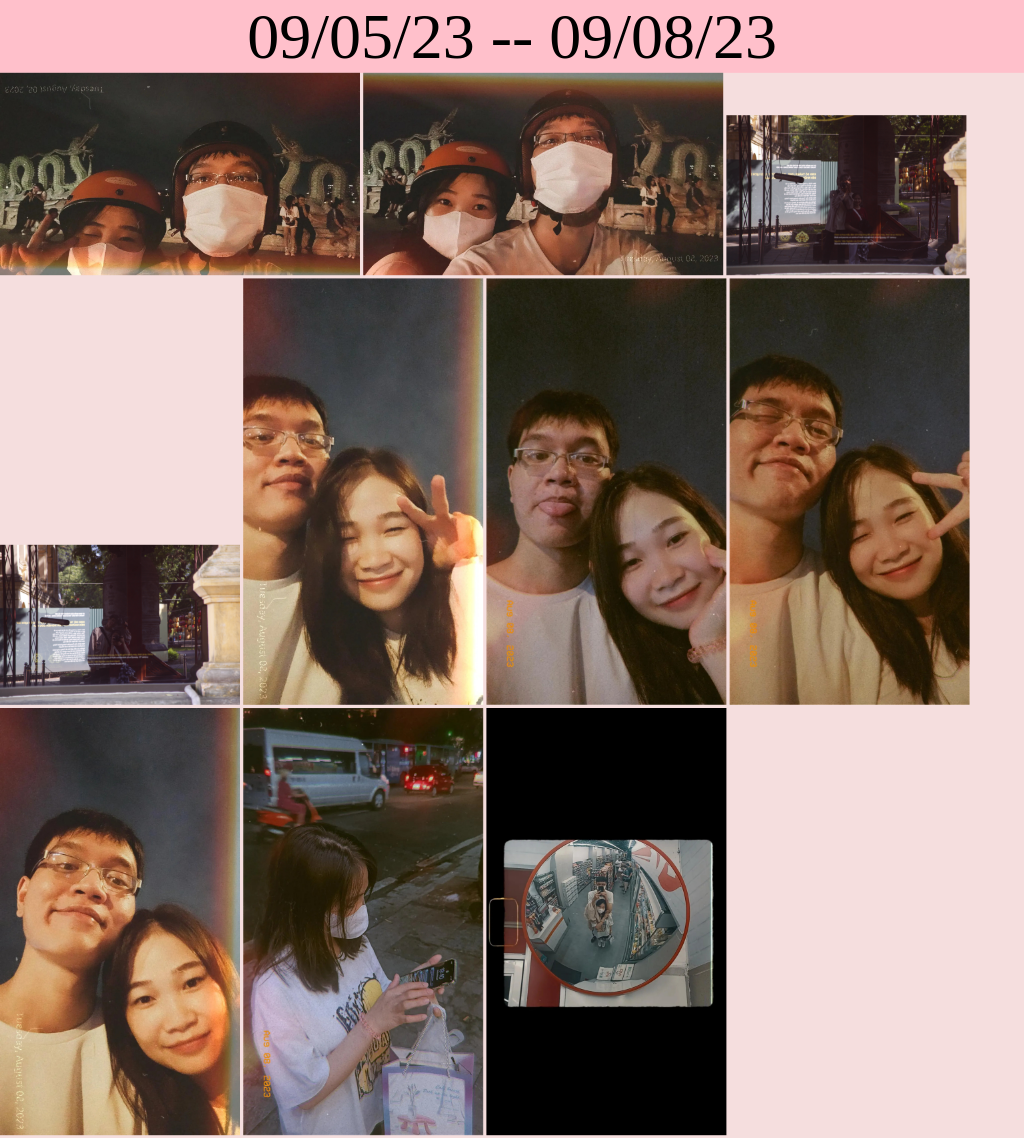
Repository: Hanhanh06/0907
Page: code/0908.html
An editor plug-in stored every save of this project. The page is shown before and after the next save, followed by the edit.
The browser window is 1280 px wide. The pictures show the whole page, at 80% of full size.

Above is the page before, as saved 2023-08-17 17:43:08.

### code/0908.html
<!DOCTYPE html>
<html lang="en">
<head>
    <meta charset="UTF-8">
    <meta name="viewport" content="width=device-width, initial-scale=1.0">
    <title>Document</title>
    <style>

    body{

      height: 100%;

   padding: 0;

   margin: 0;


   background: #f5dede;

 }

    </style>
</head>

        <head>

        </head>
        <body>

        <center> <div style="background-color: pink; font-size: 80px; "> 09/05/23 -- 09/08/23</div></center>

        <img src="001.jpg" alt="Hình ảnh không tồn tại" width="450px" >
       <img src="002.jpg" alt="Hình ảnh không tồn tại" width="450px">

       <img src="014.JPG" alt="Hình ảnh không tồn tại" width="300px" >
       <!-- <p style="color: crimson;font-size: 16px;"> đi Hồ Tây nè! </p> -->
       <img src="012.JPG" alt="Hình ảnh không tồn tại" width="300px">
       <!-- <p style="color: crimson;font-size: 16px;"> đi Hồ Tây nè!</p> -->
       <img src="003.jpg" alt="Hình ảnh không tồn tại" width="300px">
       <!-- <p style="color: crimson;font-size: 16px;">  đi Hồ Tây nè!</p> -->
       <img src="004.jpg" alt="Hình ảnh không tồn tại" width="300px">
       <!-- <p style="color: crimson;font-size: 16px;">  đi Hồ Tây nè! </p> -->
       <img src="005.jpg" alt="Hình ảnh không tồn tại" width="300px">
       <!-- <p style="color: crimson;font-size: 16px;">  đi Hồ Tây nè! </p> -->
       <img src="006.jpg" alt="Hình ảnh không tồn tại" width="300px" >
       <!-- <p style="color: crimson;font-size: 16px;">  đi Hồ Tây nè!</p> -->
       <img src="007.jpg" alt="Hình ảnh không tồn tại" width="300px">
       <!-- <p style="color: crimson;font-size: 16px;">  đi Hồ Tây nè!</p> -->
       <img src="008.jpg" alt="Hình ảnh không tồn tại" width="300px">
       <!-- <p style="color: crimson;font-size: 16px;">  đi Hồ Tây nè!</p> -->

</body>
</html>

After the next save:
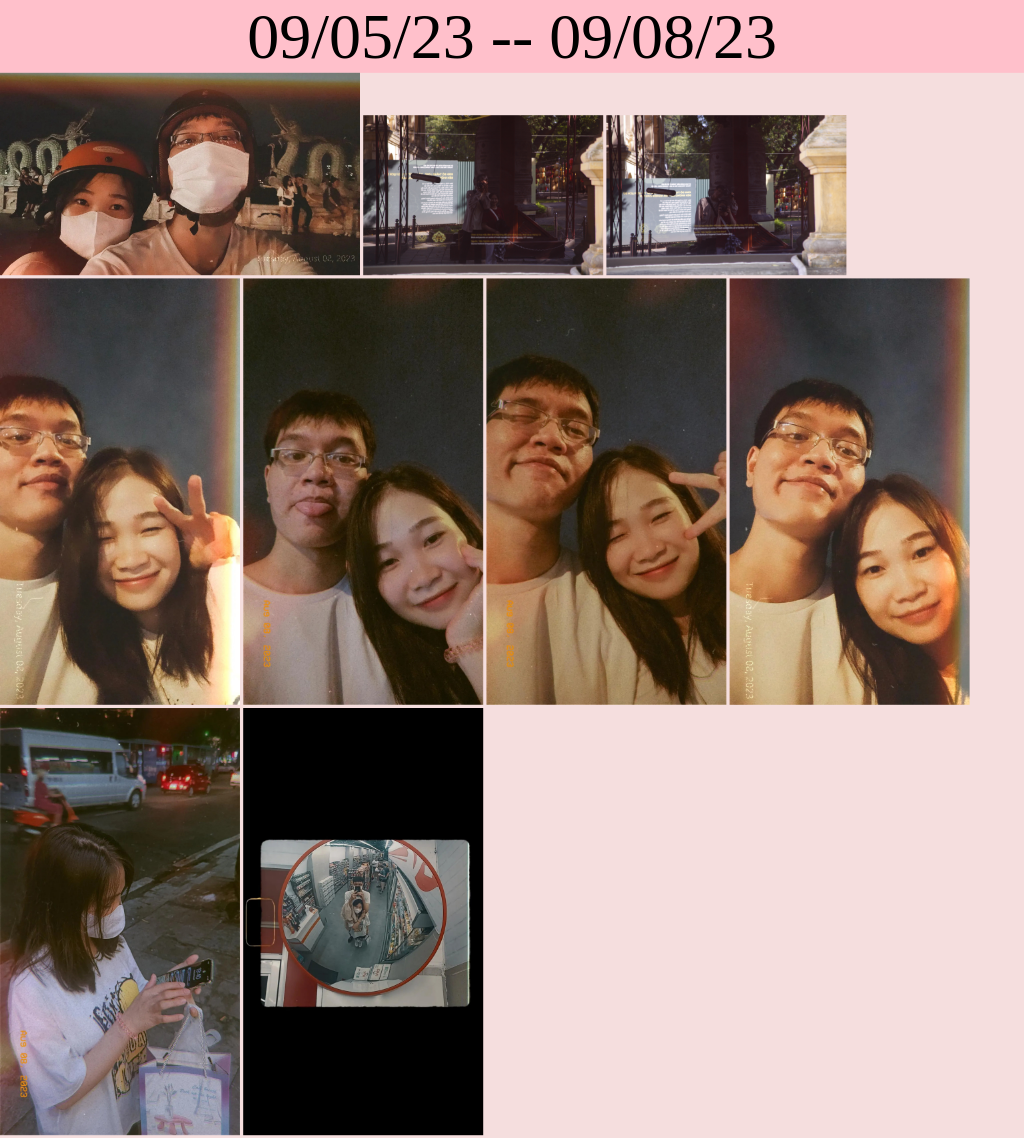
Saved 23 s later.
--- a/code/0908.html
+++ b/code/0908.html
@@ -28,7 +28,7 @@
         <body>
 
         <center> <div style="background-color: pink; font-size: 80px; "> 09/05/23 -- 09/08/23</div></center>
-
+      <cen
         <img src="001.jpg" alt="Hình ảnh không tồn tại" width="450px" >
        <img src="002.jpg" alt="Hình ảnh không tồn tại" width="450px">
 

After the 2 saves that followed:
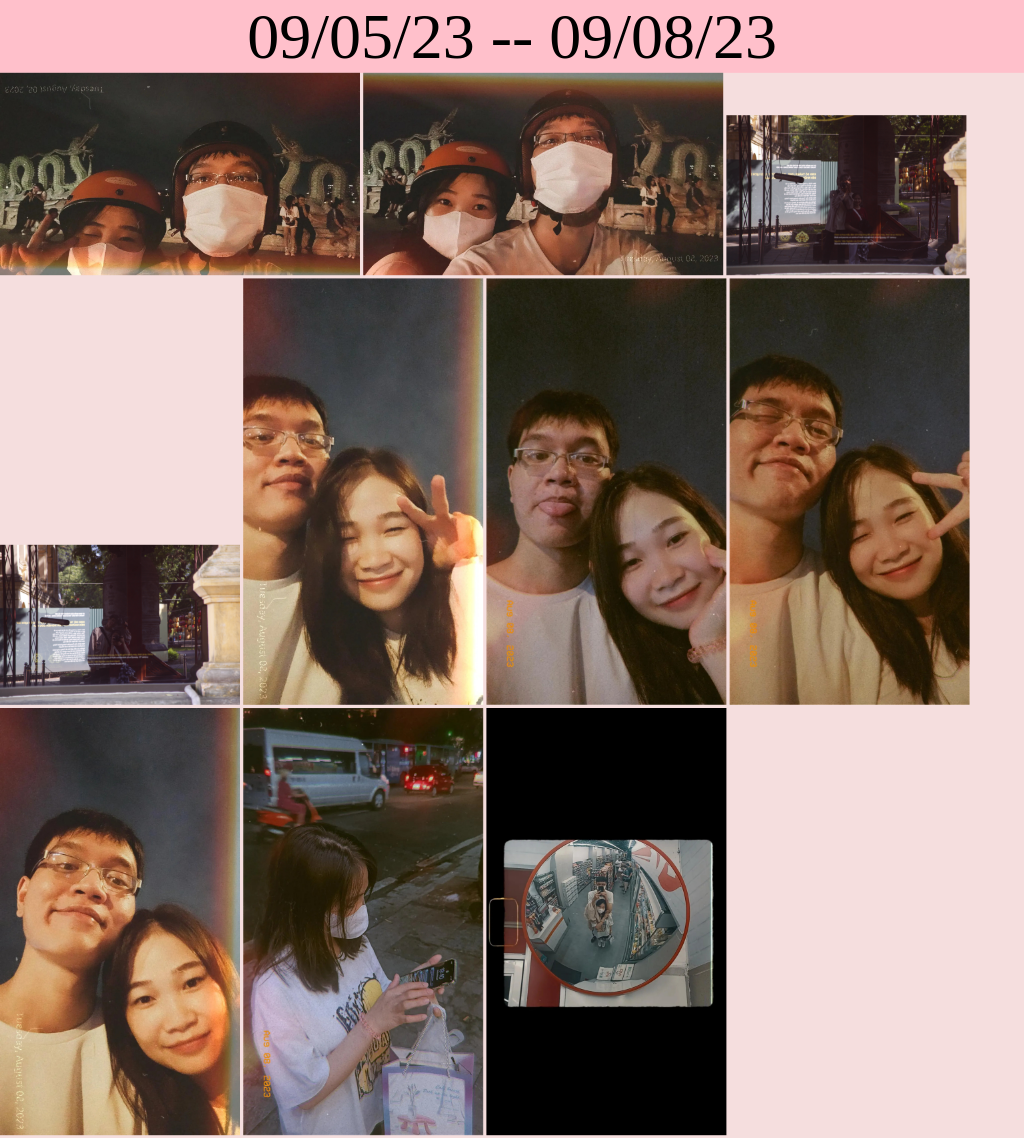
The 2 saves are shown as one change because they came seconds apart.
The last was saved 10 s later.
--- a/code/0908.html
+++ b/code/0908.html
@@ -28,7 +28,7 @@
         <body>
 
         <center> <div style="background-color: pink; font-size: 80px; "> 09/05/23 -- 09/08/23</div></center>
-      <cen
+
         <img src="001.jpg" alt="Hình ảnh không tồn tại" width="450px" >
        <img src="002.jpg" alt="Hình ảnh không tồn tại" width="450px">
 
